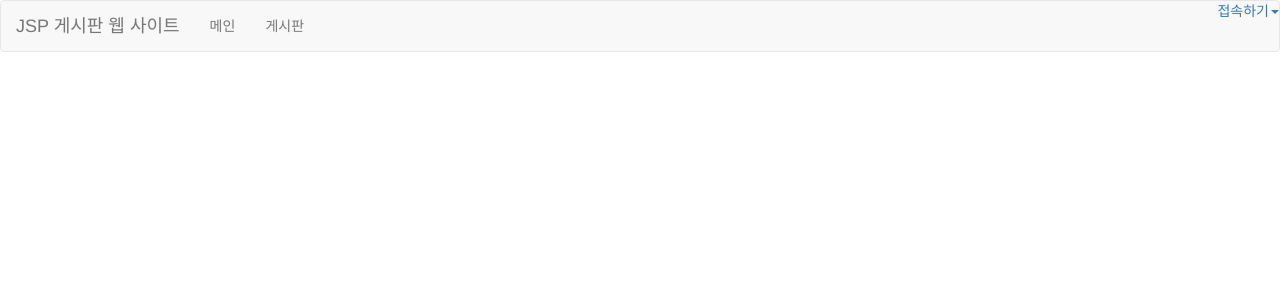
Repository: kimdy108/jsp-bbs
Page: http://localhost/BBS/join.jsp
These files come from the project's save history. The page is drawn as it stood at one moment and after the next save; the edit follows.
The browser window is 1280 px wide. The pictures show the whole page.
Some web libraries are served in a nearby version. The page is served by Tomcat 9. Other server files are loaded and not shown.

Above is the page before, as saved 2025-05-24 06:31:21.

### BBS/src/main/webapp/join.jsp
<%@ page language="java" contentType="text/html; charset=UTF-8"
    pageEncoding="UTF-8"%>
<!DOCTYPE html>
<html>
<head>
<meta charset="UTF-8">
<meta name="viewport" content="width=device-width",initial-scale="1">
<link rel="stylesheet" href="css/bootstrap.css">
<title>JSP 게시판 웹 사이트</title>
</head>
<body>
	<nav class="navbar navbar-default">
		<div class="navbar-header">
			<button type="button" class="navbar-toggle collapsed"
				data-toggle="collapse" data-target="#bs-example-navbar-collapse-1"
				aria-expanded="false">
				<span class="icon-bar"></span>
				<span class="icon-bar"></span>
				<span class="icon-bar"></span>
			</button>
			<a class="navbar-brand" href="main.jsp">JSP 게시판 웹 사이트</a>
		</div>
		<div class="collapse navbar-collapse" id="bs-example-navbar-collapse-1">
			<ul class="nav navbar-nav">
				<li><a href="main.jsp">메인</a></li>
				<li><a href="bbs.jsp">게시판</a></li>
			</ul>
			<ul class="nav navbar-nav navbar-right">
				<a href="#" class="dropdown-toggle"
					data-toggle="dropdown" role="button" aria-haspopup="true"
					aria-expanded="false">접속하기<span class="caret"></span></a>
			</ul>
		</div>
	</nav>
	<script src="https://code.jquery.com/jquery-3.1.1.min.js"></script>
	<script src="js/bootstrap.js"></script>
</body>
</html>

Loaded but not shown: BBS/src/main/webapp/css/bootstrap.css (library); BBS/src/main/webapp/js/bootstrap.js (library)

After the next save:
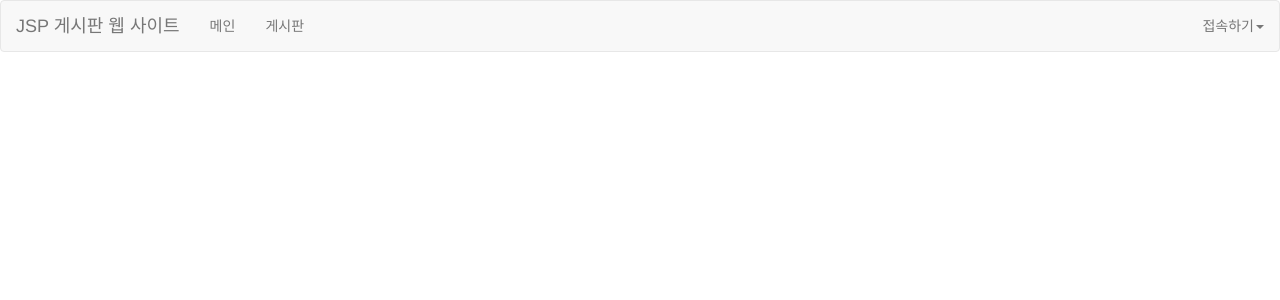
Saved 58 s later.
--- a/BBS/src/main/webapp/join.jsp
+++ b/BBS/src/main/webapp/join.jsp
@@ -26,9 +26,11 @@
 				<li><a href="bbs.jsp">게시판</a></li>
 			</ul>
 			<ul class="nav navbar-nav navbar-right">
-				<a href="#" class="dropdown-toggle"
+				<li class="dropdown">
+					<a href="#" class="dropdown-toggle"
 					data-toggle="dropdown" role="button" aria-haspopup="true"
 					aria-expanded="false">접속하기<span class="caret"></span></a>
+				</li>
 			</ul>
 		</div>
 	</nav>
